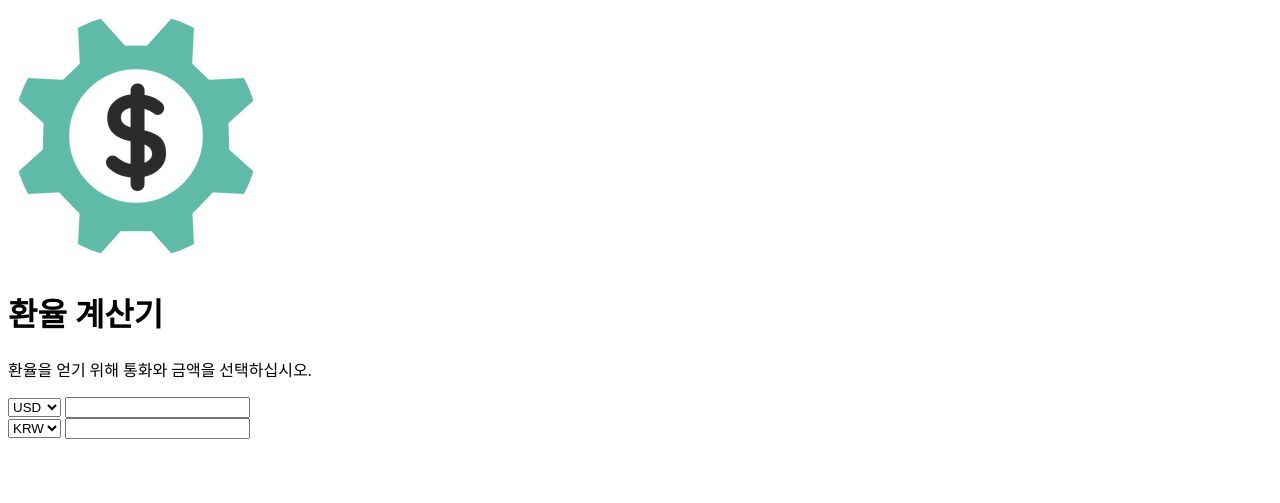
Repository: AbrorjonKuchkarov/exchange-rate
Page: index.html
The author's editor kept a copy of each file at every save. The page is drawn from the files as they stood at one save, then again after the next save.
The browser window is 1280 px wide. The pictures show the whole page.

Above is the page before, as saved 2022-02-24 01:12:29.

### index.html
<!DOCTYPE html>
<html lang="en">
<head>
   <meta charset="UTF-8">
   <meta http-equiv="X-UA-Compatible" content="IE=edge">
   <meta name="viewport" content="width=device-width, initial-scale=1.0">
<link rel="stylesheet" href="style.css">
   <title>환율</title>
</head>
<body>
   <img src="img/money.png" alt="">
   <h1>환율 계산기 </h1>
   <p>환율을 얻기 위해 통화와 금액을 선택하십시오.</p>

   <div class="container">
      <div class="currency">
         <select id="selectOne">
            <option value="AED">AED</option>
            <option value="ARS">ARS</option>
            <option value="AUD">AUD</option>
            <option value="BGN">BGN</option>
            <option value="BRL">BRL</option>
            <option value="BSD">BSD</option>
            <option value="CAD">CAD</option>
            <option value="CHF">CHF</option>
            <option value="CLP">CLP</option>
            <option value="CNY">CNY</option>
            <option value="COP">COP</option>
            <option value="CZK">CZK</option>
            <option value="DKK">DKK</option>
            <option value="DOP">DOP</option>
            <option value="EGP">EGP</option>
            <option value="EUR">EUR</option>
            <option value="FJD">FJD</option>
            <option value="GBP">GBP</option>
            <option value="GTQ">GTQ</option>
            <option value="HKD">HKD</option>
            <option value="HRK">HRK</option>
            <option value="HUF">HUF</option>
            <option value="IDR">IDR</option>
            <option value="ILS">ILS</option>
            <option value="INR">INR</option>
            <option value="ISK">ISK</option>
            <option value="JPY">JPY</option>
            <option value="KRW">KRW</option>
            <option value="KZT">KZT</option>
            <option value="MXN">MXN</option>
            <option value="MYR">MYR</option>
            <option value="NOK">NOK</option>
            <option value="NZD">NZD</option>
            <option value="PAB">PAB</option>
            <option value="PEN">PEN</option>
            <option value="PHP">PHP</option>
            <option value="PKR">PKR</option>
            <option value="PLN">PLN</option>
            <option value="PYG">PYG</option>
            <option value="RON">RON</option>
            <option value="RUB">RUB</option>
            <option value="SAR">SAR</option>
            <option value="SEK">SEK</option>
            <option value="SGD">SGD</option>
            <option value="THB">THB</option>
            <option value="TRY">TRY</option>
            <option value="TWD">TWD</option>
            <option value="UAH">UAH</option>
            <option value="USD" selected>USD</option>
            <option value="UYU">UYU</option>
            <option value="VND">VND</option>
            <option value="ZAR">ZAR</option>
         </select>
         <input type="number" class="inputOne" >
      </div>

      <div class="swap">

      </div>

      <div class="currency">
         <select id="selectTwo">
         <option value="AED">AED</option>
         <option value="ARS">ARS</option>
         <option value="AUD">AUD</option>
         <option value="BGN">BGN</option>
         <option value="BRL">BRL</option>
         <option value="BSD">BSD</option>
         <option value="CAD">CAD</option>
         <option value="CHF">CHF</option>
         <option value="CLP">CLP</option>
         <option value="CNY">CNY</option>
         <option value="COP">COP</option>
         <option value="CZK">CZK</option>
         <option value="DKK">DKK</option>
         <option value="DOP">DOP</option>
         <option value="EGP">EGP</option>
         <option value="EUR">EUR</option>
         <option value="FJD">FJD</option>
         <option value="GBP">GBP</option>
         <option value="GTQ">GTQ</option>
         <option value="HKD">HKD</option>
         <option value="HRK">HRK</option>
         <option value="HUF">HUF</option>
         <option value="IDR">IDR</option>
         <option value="ILS">ILS</option>
         <option value="INR">INR</option>
         <option value="ISK">ISK</option>
         <option value="JPY">JPY</option>
         <option value="KRW" selected>KRW</option>
         <option value="KZT">KZT</option>
         <option value="MXN">MXN</option>
         <option value="MYR">MYR</option>
         <option value="NOK">NOK</option>
         <option value="NZD">NZD</option>
         <option value="PAB">PAB</option>
         <option value="PEN">PEN</option>
         <option value="PHP">PHP</option>
         <option value="PKR">PKR</option>
         <option value="PLN">PLN</option>
         <option value="PYG">PYG</option>
         <option value="RON">RON</option>
         <option value="RUB">RUB</option>
         <option value="SAR">SAR</option>
         <option value="SEK">SEK</option>
         <option value="SGD">SGD</option>
         <option value="THB">THB</option>
         <option value="TRY">TRY</option>
         <option value="TWD">TWD</option>
         <option value="UAH">UAH</option>
         <option value="USD">USD</option>
         <option value="UYU">UYU</option>
         <option value="VND">VND</option>
         <option value="ZAR">ZAR</option>
      </select>
      <input type="number" class="inputTwo" >
      </div>
   </div>




   <script src="app.js"></script>
</body>
</html>

Loaded but not shown: app.js (no copy from this time; the picture is the same without it); style.css (no copy from this time; the picture is the same without it)

After the next save:
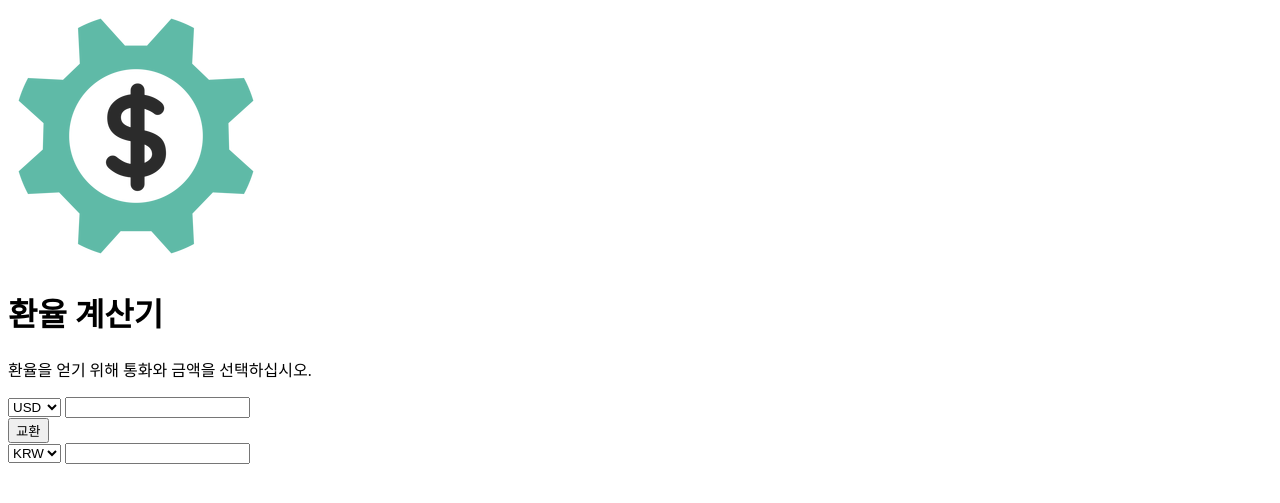
Saved 44 s later.
--- a/index.html
+++ b/index.html
@@ -72,6 +72,7 @@
       </div>
 
       <div class="swap">
+         <button class="btn">교환</button>
 
       </div>
 
